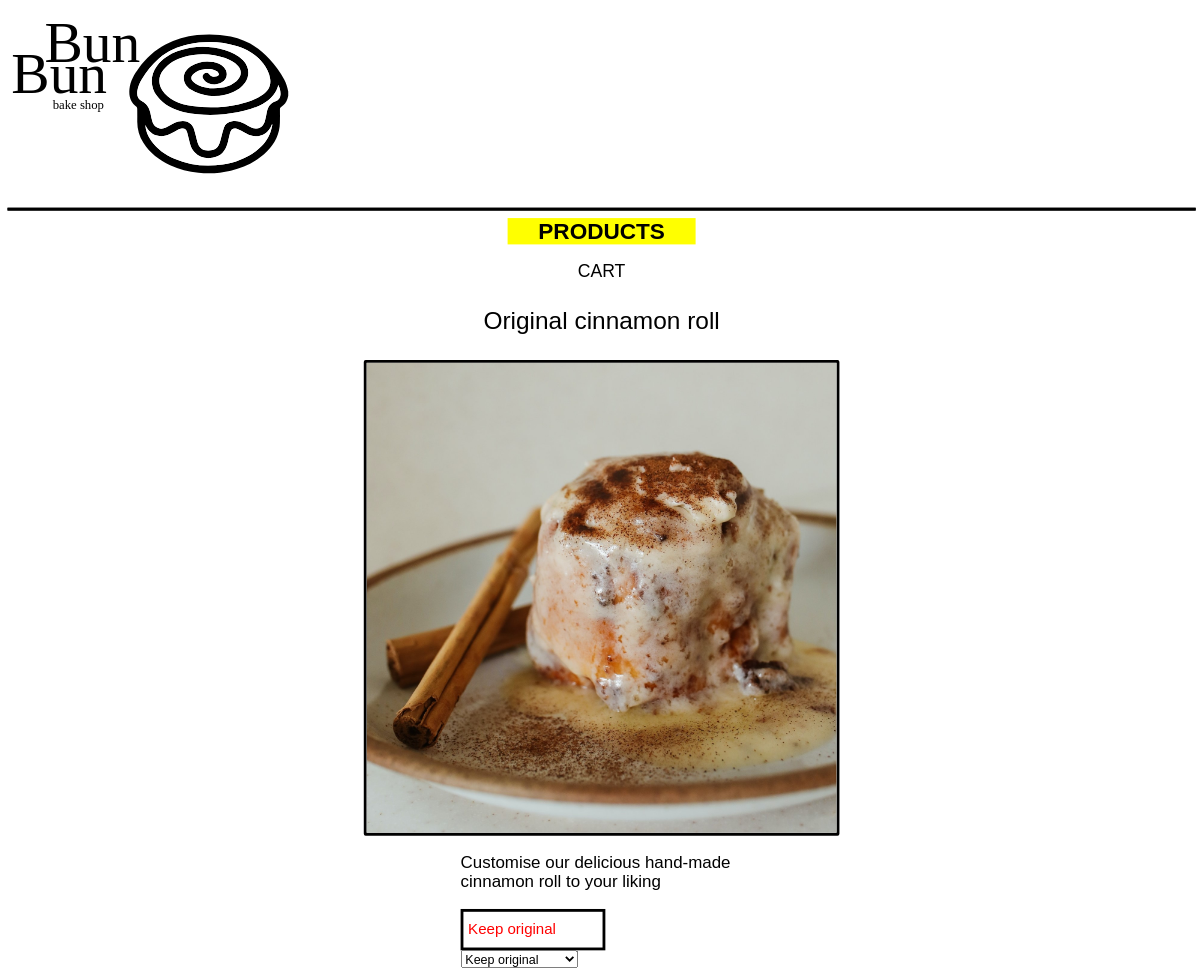
Repository: alicianghm/pui-hw
Page: solution-hw1/HW1-Detail.html
These files come from the project's save history. The page is drawn as it stood at one moment and after the next save; the edit follows.
The browser window is 1280 px wide. The pictures show the whole page, at 94% of full size.

Above is the page before, as saved 2022-09-08 09:36:54.

After the next save:
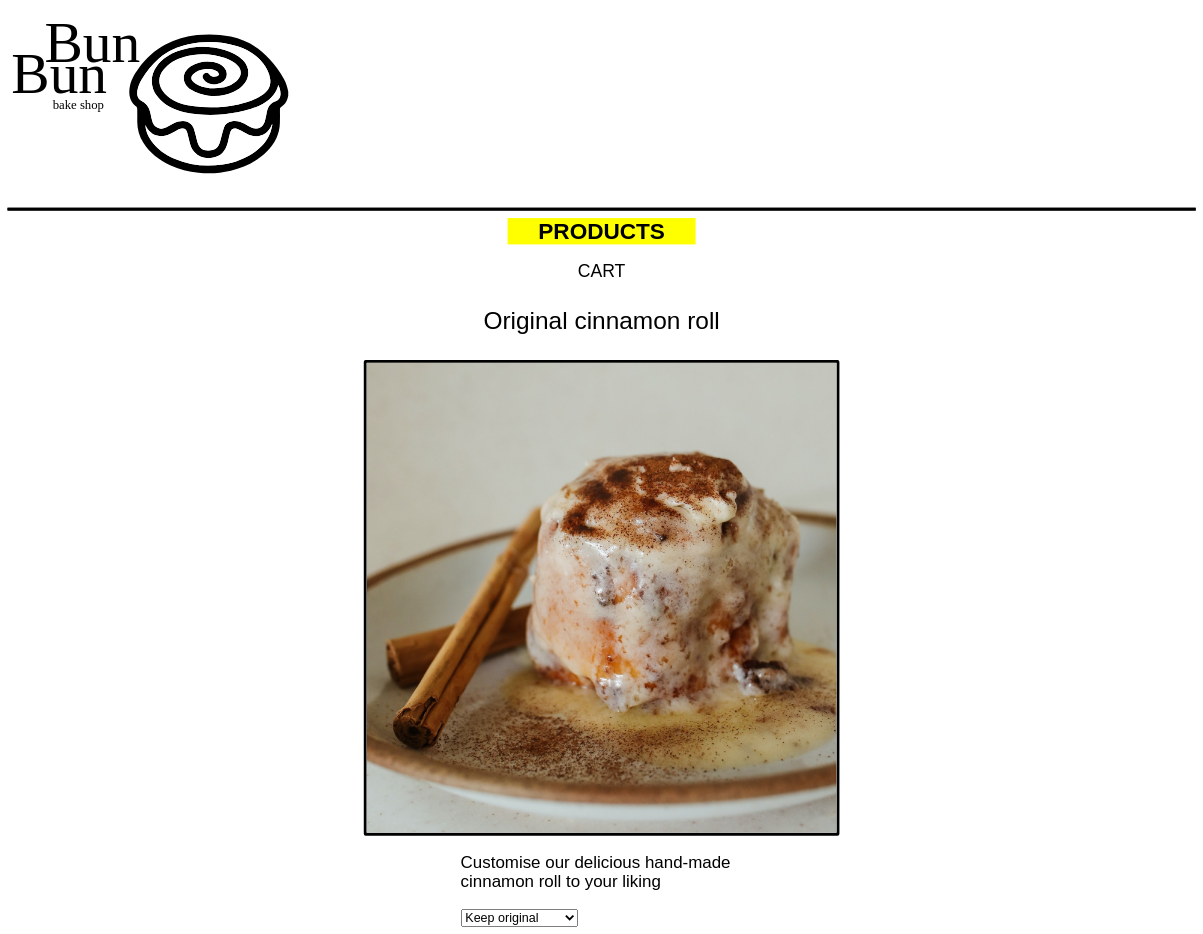
Saved 11 s later.
--- a/solution-hw1/HW1-Detail.html
+++ b/solution-hw1/HW1-Detail.html
@@ -21,7 +21,6 @@
       <div id="container">
         <p class="description"> Customise our delicious hand-made cinnamon roll to your liking</p>
         <br>
-          <button class="dropButton">Keep original</button>
           <div>
             <select class="detail-dropdown">
               <option value="Keep original">Keep original</option>
